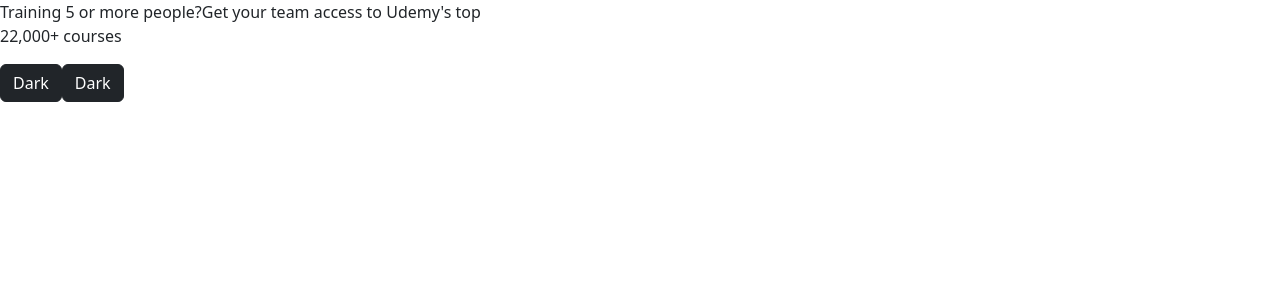
Repository: Taniafdes/newProject
Page: /division/division
These files come from the project's save history. The page is drawn as it stood at one moment and after a run of saves; the edit follows.
The browser window is 1280 px wide. The pictures show the whole page.
The project was rebuilt for these pictures with package versions that can differ from the ones it lists, and the page was loaded fresh each time. The framework's server and built-in components were replaced by stand-ins that run in the browser. Also part of the build but not shown: next.config.js.

Above is the page before, as saved 2023-06-15 15:45:09.

### pages/_app.js
import Head from "next/head";
import Script from "next/script";
import 'bootstrap/dist/css/bootstrap.css'
import 'bootstrap/dist/css/bootstrap.min.css'
function MyApp({ Component, pageProps }) {
  return (
    <>
      <Head>
        <meta name="viewport" content="width=device-width, initial-scale=1" />
      </Head>

      <Script
        src="https://cdn.jsdelivr.net/npm/bootstrap@5.0.0-beta1/dist/js/bootstrap.bundle.min.js"
        integrity="sha384-ygbV9kiqUc6oa4msXn9868pTtWMgiQaeYH7/t7LECLbyPA2x65Kgf80OJFdroafW"
        crossOrigin="anonymous"
      />
      <Component {...pageProps} />
    </>
  );
}
export default MyApp;

### pages/division/division.js
import React from 'react'
import { Container } from 'react-bootstrap';
import Button from 'react-bootstrap/Button';

const division = () => {
  return (
   <div>
   <div className='col-lg-5'>
       <p>Training 5 or more people?Get your team access to Udemy's top 22,000+ courses</p>
<Button variant="dark">Dark</Button>
<Button variant="dark">Dark</Button>
</div>
   </div>

  )
}

export default division

After the next 4 saves:
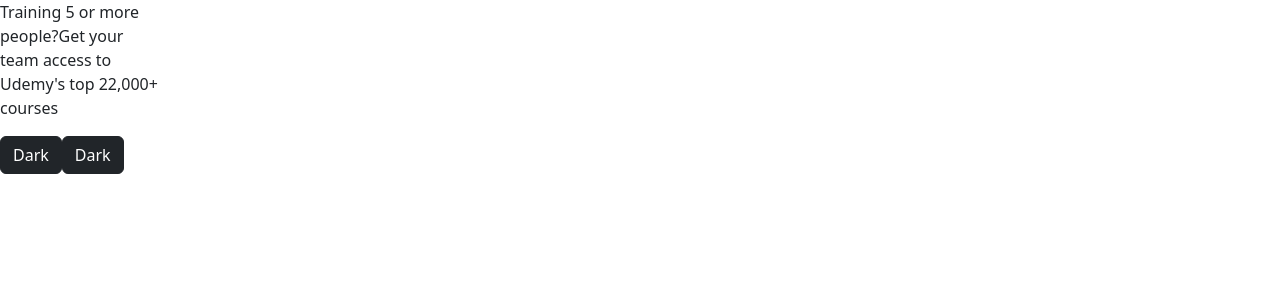
The 4 saves are shown as one change because they came seconds apart.
The last was saved 18 s later.
--- a/pages/division/division.js
+++ b/pages/division/division.js
@@ -4,8 +4,8 @@
 
 const division = () => {
   return (
-   <div>
-   <div className='col-lg-5'>
+   <div className='col-lg-6'>
+   <div className='col-lg-3'>
        <p>Training 5 or more people?Get your team access to Udemy's top 22,000+ courses</p>
 <Button variant="dark">Dark</Button>
 <Button variant="dark">Dark</Button>
